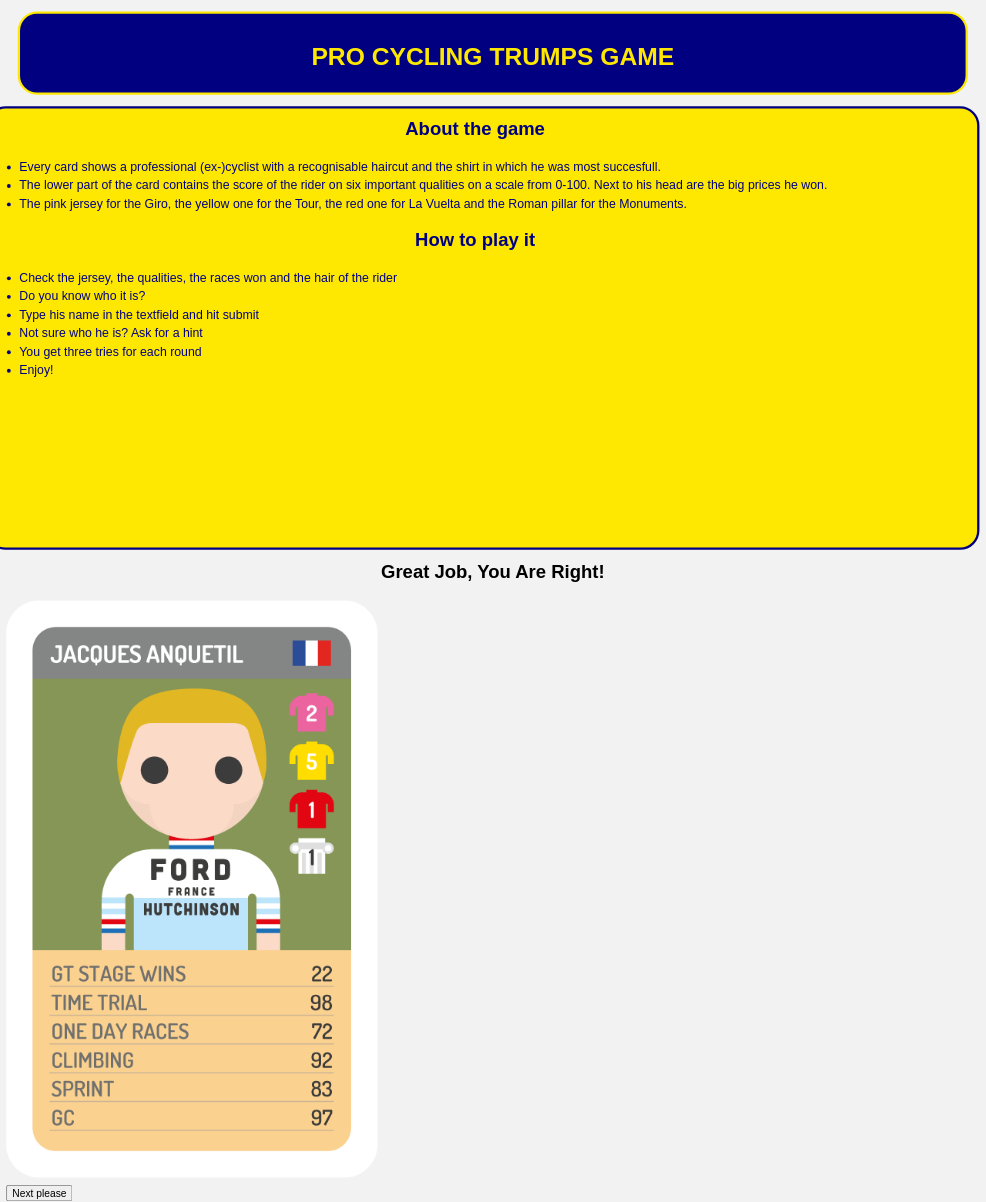
Repository: PeterLenting/topography-game
Page: mock-up.html
The author's editor kept a record of every edit. The page is drawn from the files as they stood at one moment, then again after the next edit.
The browser window is 1280 px wide. The pictures show the whole page, at 77% of full size.

Above is the page before.
Console error: TypeError: $(...).flip is not a function

### mock-up.html
<!DOCTYPE html>
<html lang="en">
<head>
    <meta charset="UTF-8">
    <meta name="viewport" content="width=device-width, initial-scale=1.0">
    <meta http-equiv="X-UA-Compatible" content="ie=edge">
    <meta name="discription" content="Pro Cycling Trumps Game is a game for everyone who knows their Pro Cyclists.">
    <meta name="keywords" content="Pro Cycling Trumps, cycling, game, fun">
    <meta name="author" content="Peter Lenting">
    <link rel="shortcut icon" type="image/png" href="images/favicon.png">
    <title>Pro Cycling Trumps Game - Almost As Fun As Riding Your Bike</title>
    <link rel="stylesheet" href="css/style.css" type="text/css">
    </head>
<body>
    <header>
        <div class="container">
        <h1>Pro Cycling Trumps Game</h1>
        </div>
    </header>
    <aside id="sidebar">
         <h2>About the game</h2>
           <ul>
               <li>Every card shows a professional (ex-)cyclist with a recognisable haircut and the shirt in which he was most succesfull.</li>
               <li>The lower part of the card contains the score of the rider on six important qualities on a scale from 0-100. Next to his head are the big prices he won.</li>
               <li>The pink jersey for the Giro, the yellow one for the Tour, the red one for La Vuelta and the Roman pillar for the Monuments.</li>
           </ul>
           <h2>How to play it</h2>
           <ul>
                <li>Check the jersey, the qualities, the races won and the hair of the rider</li>
                <li>Do you know who it is?</li>
                <li>Type his name in the textfield and hit submit</li>
                <li>Not sure who he is? Ask for a hint</li>
                <li>You get three tries for each round</li>
                <li>Enjoy!</li>
           </ul>
    </aside>
    <section id="card">
            <div id="banner-load" class="container">
                <h2>Great Job, You Are Right!</h2>
                <img src="images/Anquetil.png" alt="Who is this cyclist?"><br />
                <button type="submit" class="button_2">Next please</button>
            </div>
    </section>

    <footer></footer>
    <script src="https://code.jquery.com/jquery-3.3.1.slim.min.js" integrity="sha384-q8i/X+965DzO0rT7abK41JStQIAqVgRVzpbzo5smXKp4YfRvH+8abtTE1Pi6jizo" crossorigin="anonymous"></script>
    <script src="https://cdnjs.cloudflare.com/ajax/libs/popper.js/1.14.7/umd/popper.min.js" integrity="sha384-UO2eT0CpHqdSJQ6hJty5KVphtPhzWj9WO1clHTMGa3JDZwrnQq4sF86dIHNDz0W1" crossorigin="anonymous"></script>
    <script src="https://stackpath.bootstrapcdn.com/bootstrap/4.3.1/js/bootstrap.min.js" integrity="sha384-JjSmVgyd0p3pXB1rRibZUAYoIIy6OrQ6VrjIEaFf/nJGzIxFDsf4x0xIM+B07jRM" crossorigin="anonymous"></script>
    <script type="text/javascript" src="javascript/game.js"></script>
</body>
</html>

### css/style.css
html {
    height: 100%;
}

body{
    font-family: Arial, Helvetica, sans-serif;
    line-height: 1.5;
    padding: 0;
    background: #f2f2f2;
}

header{
    background: #000080;
    color: #FEE801;
    text-align: center;
    min-height: 60px;
    text-transform: uppercase;
    padding-top: 10px;
    padding-bottom: 1px;
    border-radius: 25px;
    margin: 15px;
    border: 3px solid #FEE801;
}

h1 {
    font-size: 2.0rem;
}

h2 {
    margin-top: 8px;
    text-align: center;
}

.container-fluid {
    margin-bottom: 10px;
    text-align: center;
}

.main-col {
    background: #FEE801;
    color: #000080;
    border: 3px solid #000080;
    border-radius: 25px;
    margin-bottom: 10px;
    padding-bottom: 5px;
    height: 100%;
}

#main {
    width: 100%;
    }

/*IMAGES*/
/*Put some margin underneath the image*/
.flip-card {
    margin-bottom: 10px;
    }

/*Sets the standard width of the image shown*/
section#main .container-fluid img{
    width: 250px;
    border-radius: 25px;
}

/*When an answer is wrong, blur the image to show the user something is 'wrong'*/
.blur {
    -webkit-filter: blur(5px);
    filter: blur(5px);
  }

/*Styling the field in which the player types in the answer*/
#textField {
    padding: 4px;
    height: 30px;
    border-radius: 25px;
    font-weight: bold;
}

/*Styling the comment on the answer of the player*/
#comment {
    font-size: 1.5rem;
    text-shadow: 1px 1px 6px #fff;
}

/*SIDEBAR*/
/*The sidebar has the same yellow colour als the main-col and the same darkblue text.
This ensures the feeling of everything fitting together.*/
aside{
    background: #FEE801;
    color: #000080;
    border: 3px solid #000080;
    border-radius: 25px;
    margin-bottom: 10px;
    height: 100%;
    }

/*Aligns the text in the unorderd list in the aside to the left to make it look clean.*/
aside ul {
    text-align: left;
}

/*SCORBOARD*/

/*Styling the way the scoreboard is shown during the game.
It looks a bit like an actuel scoreboard, which is applicable since it is a game with sports as a subject.*/
#scoreboardSp {
    float: left;
}

.scoreboardClass {
    color: #FD5F00;
    text-align: center;
    width: 60px;
    font-family: "Courier New";
    font-weight: bold;
    border-radius: 25px;
    box-shadow: 3px 3px black;
}

/*Styling the way the final score is shown on the endscreen.
It looks a bit like an actuel scoreboard, which is applicable since it is a game with sports as a subject.*/
#yourScore {
    float: right;
    vertical-align: middle;
    height: 200px;
    line-height: 180px;
    font-size: 1.7rem;
}

.endScoreClass {
    color: #FD5F00;
    text-align: center;
    width: 125px;
    height: 125px;
    font-size: 6rem;
    font-family: "Courier New";
    font-weight: bold;
    border-radius: 25px;
    box-shadow: 3px 3px black;
}

/*Styling the comment on the final score on the endscreen.
It looks a bit playfull, as it should in a game.*/
#scoreComment {
    font-family: 'Permanent Marker', cursive;
    font-size: 3rem;
    color: #FD5F00;
    text-shadow: -1px 0 black, 0 1px black, 1px 0 black, 0 -1px black;
}

/*ROUNDCOUNTER*/
/*Styling the counter of the rounds during the game.
It looks a bit like an actuel scoreboard, which is applicable since it is a game with sports as a subject.*/
#count {
    float: right;
}

#round {
    color: #FD5F00;
    text-align: center;
    width: 60px;
    font-family: "Courier New";
    font-weight: bold;
    border-radius: 25px;
    box-shadow: 3px 3px black;
}

/*BUTTONS*/

/*All button are styled using this class. The yellow and blue colours make them fit right in.*/
.button_1 {
    height: 30px;
    border: 0;
    padding-left: 10px;
    padding-right: 10px;
    margin-top: 5px;
    margin-bottom: 5px;
    background: #000080;
    color: #FEE801;
    border-radius: 25px;
    font-weight: bold;
    box-shadow: 3px 3px black;
}

/*Styling the button that makes it possible to ask for a hint.
The orange color fits well in and makes the buttons stand out from the other buttons.*/
#buttonHint {
    color: #FEE801;
    background: #FD5F00;
    margin-left: 10px;
    margin-right: 10px;
}

/*Styling the button that makes the player continue in the game*/
#buttonSubmit {
    margin-left: 8px;
}

/*Styling the button to restart the game*/
#buttonReset {
    margin-top: 20px;
    width: 300px;
}

/*Used to hide the buttuns that are not needed at that point*/
.hidden {
    display: none!important;
}

/*FOOTER*/

/*Styling the footer, again using the darkblue and yellow to make everything fit in.*/
#social {
    background: #000080;
    color: #FEE801;
    text-align: center;
    padding-top: 10px;
    padding-bottom: 10px;
    border-radius: 25px;
    margin-top: 10px;
    clear:both;
    margin: 15px;
    border: 3px solid #FEE801;
}

/*Styling the links and symbols in the footer*/
.sociallinks a{
    color: #FEE801;
    padding-left: 25px;
    padding-right: 25px;
}

/*MEDIA QUERIES*/

/*Puts aside on the right side of bigger screens, instead of below like on smaller screens. This makes everything visible in one screen.*/
 @media(min-width: 992px){
aside {
    float: right;
    width: 100%;
    padding-right: 20px;
    min-height: 570px;
    }
}

/*Keeps the main-col on the left on bigger screens*/
 @media(min-width: 992px){
.main-col {
    float: left;
    width: 100%;
    }
}

/*Prevents the button that links to the explanation of the game from showing on bigger screens,
because the explanation is next to the gamescreen on bigger screens.*/
@media(min-width: 992px){
#buttonHowToPlayTheGame {
    display: none;
}}

/*Prevents the button that links to the top of the game from showing on bigger screens,
because the explanation is next to the gamescreen on bigger screens.*/
@media(min-width: 992px){
    #buttonGoBackUp {
        display: none;
    }
}

/*Shows a bigger image on bigger screens, which fits the screen better.*/
@media(min-width: 992px){
section#main .container-fluid img {
    width: 300px;
    }
}

/*Shows a even bigger image on even bigger screens, which fits the screen better.*/
@media(min-width: 1200px){
section#main .container-fluid img {
    width: 330px;
    }
}

/*Shows a bigger 'Who is this Cyclist?' on bigger screens, which fits the screen better.*/
@media(min-width: 1200px){
#headerQuestion {
    font-size: 2.5rem;
    }
}

/*Shows bigger buttons on bigger screens, which fits the screen better.*/
@media(min-width: 1200px){
.button_1 {
    font-size: 1.2rem;
    height: 40px;
    padding-left: 20px;
    padding-right: 20px;
    }
}

/*Makes the text in the header (Pro Cycling Trumps Game) bigger on bigger screens, which fits the screen better.*/
@media(min-width: 992px){
.h1 {
    font-size: 3rem;
    }
}

/*Gives some more margin around the image on bigger screens, which fits the screen better.*/
@media(min-width: 992px){
.flip-card {
    margin-bottom: 25px;
    margin-top: 15px;
    }
}

@media(min-width: 992px){
#textField {
    margin-bottom: 10px;
    height: 40px;
    font-size: 1.2rem;
    }
}

/*Prevents the gamescreen from becoming too wide, because this looks better and is more pleasent to handle for the user.*/
 @media(min-width: 1600px){
body {
    margin-left: 200px;
    margin-right: 200px;
    }
}

### javascript/game.js
/*
- Counting the rounds.
- Every time the user clicks #buttonNext myRound() is executed and '1' is added to #round.
*/
var roundnr = $("#round");

function myRound() {
    roundnr.val( parseInt(roundnr.val()) +1 );
    roundnrVal += 1;
    }

/*
- If roundnr becomes bigger than 'numberOfRounds' (10 rounds are played) the game is over.
- 'roundnrVal' starts at 2, because the counting of the round starts after the first image is shown.
- As long as 'roundnrVal' is smaller than 'numberOfRounds' continue with the game: displayImage().
*/
var numberOfRounds = 10;
var roundnrVal = 2;

function myRoundCounter() {
    $("#buttonNext").addClass("hidden");
    if (roundnrVal > numberOfRounds) {
        commentOnScore();
        $("#comment, #count, #headerQuestion, .flip-card-inner").addClass("hidden");
        $("#buttonReset").removeClass("hidden");
        $("#textField").val("");
        $("#scoreboard").addClass("endScoreClass").removeClass("scoreboardClass");
        $("#yourScore").removeClass("hidden");
        $("#scoreboardSp").css("color", "#FEE801");
        } else {
        $("#comment").addClass("hidden");
        $("#buttonHint, #buttonSubmit").removeClass("hidden");
        $("#textField").removeClass("hidden").val("");
        $("#newImage").removeClass("gotHint gotRightAnswer gotWrongAnswer");
        displayImage();
    }
}

/*
- Run through images-array and show random image out of 'images'.
- Already used images are not used again, so no user gets the same image twice in the same game.
*/
var images = ['images/cyclist-1-empty.png', 'images/cyclist-2-empty.png', 'images/cyclist-3-empty.png',
              'images/cyclist-4-empty.png', 'images/cyclist-5-empty.png', 'images/cyclist-6-empty.png',
              'images/cyclist-7-empty.png', 'images/cyclist-8-empty.png', 'images/cyclist-9-empty.png',
              'images/cyclist-10-empty.png', 'images/cyclist-11-empty.png', 'images/cyclist-12-empty.png',
              'images/cyclist-13-empty.png', 'images/cyclist-14-empty.png', 'images/cyclist-15-empty.png'];

var usedImages = [];
var usedImagesCount = 0;

function displayImage() {
    var num = Math.floor(Math.random() *15);
    if (!usedImages[num]) {
        document.getElementById("newImage").src = images[num];
        document.getElementById("newImageBack").src= images[num];
        usedImages[num] = true;
        usedImagesCount++;
        if (usedImagesCount === images.length) {
            usedImagesCount = 0;
            usedImages = [];
        }
    } else {
        displayImage();
    }
}

/*
- The Next-Button triggers myRoundCounter() and myRound().
- myRoundCounter() starts displayImage() as long as 'roundnrVal' is smaller than 'numberOfRounds'
*/
$("#buttonNext").click(function() {
    myRoundCounter();
    myRound();
});

/*-
- functionStartGame() starts the game and shows the first random image from the images-array
- Header is hidden on devices smaller than 700px.
*/
var headerScreenSize = window.matchMedia("(max-width: 700px)");

function functionStartGame(){
    displayImage();
    $("#buttonStart, #buttonHowToPlayTheGame").addClass("hidden");
    $("#buttonHint, #buttonSubmit, #textField, #scoreboardSp, #count, #round").removeClass("hidden");
    if (headerScreenSize.matches) {
    $("header").addClass("hidden");
    } else {
    }
}

/*
- The Start-Button triggers functionStartGame
*/
$("#buttonStart").click(function() {
    functionStartGame();
});

/*
- Flip() is used to make the main image flip.
- Flip() takes 600ms.
*/
$(function() {
    $(".flip-card-inner").flip({
        trigger: "manual", speed: 600
    });
});

/*
- functionGiveHint() flips the main image.
- The empty-image is replaced by the flag-image, which means the flag of the cyclists nation is show after flip().
- The class 'GotHint' is added to the image, to let the scoreboard know the user got a hint (that costs a point).
- The hint-button is hidden for the remainder of the round.
- setTimeout() is set to 200ms to make sure the new image isn't visible before flip() is done far enough.
*/
function functionGiveHint() {
    var nSrcHint = $("#newImage, #newImageBack").attr('src').replace("-empty.png", "-flag.png");
    $("#buttonHint").addClass("hidden");
    $("#newImage").addClass("gotHint");
    $(".flip-card-inner").flip('toggle');
        setTimeout(function () {
            $("#newImage, #newImageBack").attr('src', nSrcHint);
        }, 200);
}

/*
The Hint Button triggers functionGiveHint()
*/
$("#buttonHint").click(function() {
    functionGiveHint();
});

/*
- rightAnswer() flips the main image.
- The empty-image is replaced by the image with the name of the cyclist and the flag of his nation after flip().
- The flag-image is replaced by the image with the name of the cyclist and the flag of his nation after flip().
*/
function rightAnswer() {
    var nSrc = $("#newImage, #newImageBack").attr('src').replace("-empty", "").replace("-flag", "");
        $(".flip-card-inner").flip('toggle');
        setTimeout(function () {
            $("#newImage, #newImageBack").attr('src', nSrc);
        }, 200);
    }

/*
- myScore takes care of the scoreboard and the comments after each correct answer.
- "Yes, that's him" is shown after a correct answer.
- If the user recieved a hint and got a wrong answer, 1 point is added to te scoreboard.
- If the user either recieved a hint or got a wrong answer, 2 points are added to te scoreboard.
- If the user recieved no hint and didn't give a wrong answer, 3 points is added to te scoreboard.
*/
var score = $("#scoreboard");

function myScore() {
    $("#comment").removeClass("hidden").text("Yes, that's him!");
    if ($("#newImage").hasClass("gotHint") &&  $("#newImage").hasClass("gotWrongAnswer")) {
        score.val( parseInt(score.val()) + 1 );
    } else if ($("#newImage").hasClass("gotHint") || $("#newImage").hasClass("gotWrongAnswer")) {
        score.val( parseInt(score.val()) + 2 );
    } else {
        score.val( parseInt(score.val()) + 3 );
    }
}

/*
- runGame() checks the given answer against the right answer.
- All answer are turned to uppercase, to make sure the use of upper- or lowercase doesn't have any influence.
- If the answer is correct rightAnswer() and myScore() are executed.
- If the answer is wrong, the image is blurred and the user gets the option to try again or to give up.
- Trying again costs one point. Giving a wrong answer again will make the right answer appear. No point are given.
*/
function runGame() {
    $("#buttonNext").removeClass("hidden");
    $("#buttonHint, #buttonSubmit, #textField").addClass("hidden");
    var answer = $("#textField").val();
    var nSrc = $("#newImage, #newImageBack").attr('src').replace("-empty", "").replace("-flag", "");
    if ($("#newImage").attr('src').indexOf("-1-") > -1 && answer.toUpperCase() == "JACQUES ANQUETIL") {
        rightAnswer();
        myScore();
    } else if ($("#newImage").attr('src').indexOf("-2-") > -1 && answer.toUpperCase() == "LANCE ARMSTRONG") {
        rightAnswer();
        myScore();
    } else if ($("#newImage").attr('src').indexOf("-3-") > -1 && answer.toUpperCase() == "GINO BARTALI") {
        rightAnswer();
        myScore();
    } else if ($("#newImage").attr('src').indexOf("-4-") > -1 && answer.toUpperCase() == "FAUSTO COPPI") {
        rightAnswer();
        myScore();
    } else if ($("#newImage").attr('src').indexOf("-5-") > -1 && answer.toUpperCase() == "MIGUEL INDURAIN") {
        rightAnswer();
        myScore();
    } else if ($("#newImage").attr('src').indexOf("-6-") > -1 && answer.toUpperCase() == "BERNARD HINAULT") {
        rightAnswer();
        myScore();
    } else if ($("#newImage").attr('src').indexOf("-7-") > -1 && answer.toUpperCase() == "LOUISON BOBET") {
        rightAnswer();
        myScore();
    } else if ($("#newImage").attr('src').indexOf("-8-") > -1 && answer.toUpperCase() == "JOOP ZOETEMELK") {
        rightAnswer();
        myScore();
    } else if ($("#newImage").attr('src').indexOf("-9-") > -1 && answer.toUpperCase() == "EDDY MERCKX") {
        rightAnswer();
        myScore();
    } else if ($("#newImage").attr('src').indexOf("-10-") > -1 && answer.toUpperCase() == "SEAN KELLY") {
        rightAnswer();
        myScore();
    } else if ($("#newImage").attr('src').indexOf("-11-") > -1 && answer.toUpperCase() == "ALFREDO BINDA") {
        rightAnswer();
        myScore();
    } else if ($("#newImage").attr('src').indexOf("-12-") > -1 && answer.toUpperCase() == "RIK VAN STEENBERGEN") {
        rightAnswer();
        myScore();
    } else if ($("#newImage").attr('src').indexOf("-13-") > -1 && answer.toUpperCase() == "OSCAR FREIRE") {
        rightAnswer();
        myScore();
    } else if ($("#newImage").attr('src').indexOf("-14-") > -1 && answer.toUpperCase() == "LAURENT JALABERT") {
        rightAnswer();
        myScore();
    } else if ($("#newImage").attr('src').indexOf("-15-") > -1 && answer.toUpperCase() == "MARCO PANTANI") {
        rightAnswer();
        myScore();
    } else {
        $("#newImage").addClass('blur');
        $("#newImageBack").addClass('blur');
        if ($("#newImage").hasClass("gotWrongAnswer")){
            $("#newImage, #newImageBack").attr('src', nSrc);
            $("#buttonNext").removeClass("hidden");
            $("#comment").removeClass("hidden").text("Sorry, no score");
            $("#newImage, #newImageBack").removeClass('blur');
            } else {
            $("#comment").removeClass("hidden").text("Nope, that's not him");
            $("#buttonTryAgain, #buttonGiveUp").removeClass("hidden");
            $("#buttonNext").addClass("hidden");
            $("#newImage").addClass("gotWrongAnswer");
        }
    }
}

/*
The Submit Button triggers runGame().
*/
$("#buttonSubmit").click(function() {
    runGame();
});

/*
When the player is in the textfield, hitting 'Enter' on the key board will call runGame()
*/
$("#textField").keypress(function(event) {
    if (event.which == 13) {
       runGame();
    }
  });

/*
- If after a wrong answer the user wants another try:
- The 'blur'-class is removed.
*/
$("#buttonTryAgain").click(function() {
    $("#newImage, #newImageBack").removeClass('blur');
    $("#comment, #buttonTryAgain, #buttonGiveUp").addClass("hidden");
    $("#buttonSubmit, #textField").removeClass("hidden");
    if ($("#newImage").attr('src').endsWith("empty.png")) {
        $("#buttonHint").removeClass("hidden");
    } else if ($("#newImage").attr('src').endsWith("flag.png")) {
        $("#buttonHint").addClass("hidden");
    }
});

/*
- If after a wrong answer the user gives up:
- rightAnswer() is run.
- The "Sorry, no score"-message shows.
*/
$("#buttonGiveUp").click(function() {
    rightAnswer();
    $("#newImage, #newImageBack").removeClass('blur');
    $("#comment").removeClass("hidden").text("Sorry, no score");
    $("#buttonTryAgain, #buttonGiveUp").addClass("hidden");
    $("#buttonNext").removeClass("hidden");
});

/*
- commentOnScore() takes care of the comments on the score the user reached at the end of the game. The number of points scored, decide which message.
*/
function commentOnScore() {
    $("#scoreComment").removeClass("hidden");
    if (score.val() < 10) {
        $("#scoreComment").text("Maybe you should try again?");
    } else if (score.val() < 15) {
        $("#scoreComment").text("Not too bad!");
    } else if (score.val() < 20) {
        $("#scoreComment").text("You're getting there!");
    } else if (score.val() < 25) {
        $("#scoreComment").text("Nice job!");
    } else if (score.val() < 29) {
        $("#scoreComment").text("Wow, that's impressive!");
    } else if (score.val() == 30) {
        $("#scoreComment").text("You're a true champion!");
    } else {
        $("#scoreComment").text("Something went wrong...");
    }
}

/*
Reset the game after finishing it by clicking the Play Again-button.
*/
$(function(){

    $("#buttonReset").click(function() {
        window.location.reload();
    });});

/*
For Mobile only: Jump down the page for an explanation of the rules and back up again to start the game.
*/
function explainGame() {
    window.location.href = '#sidebar';
  }

$("#buttonHowToPlayTheGame").click(function() {
    explainGame();
});

function goBackUp() {
    window.location.href = '#headerQuestion';
  }

$("#buttonGoBackUp").click(function() {
    goBackUp();
});

After the next edit:
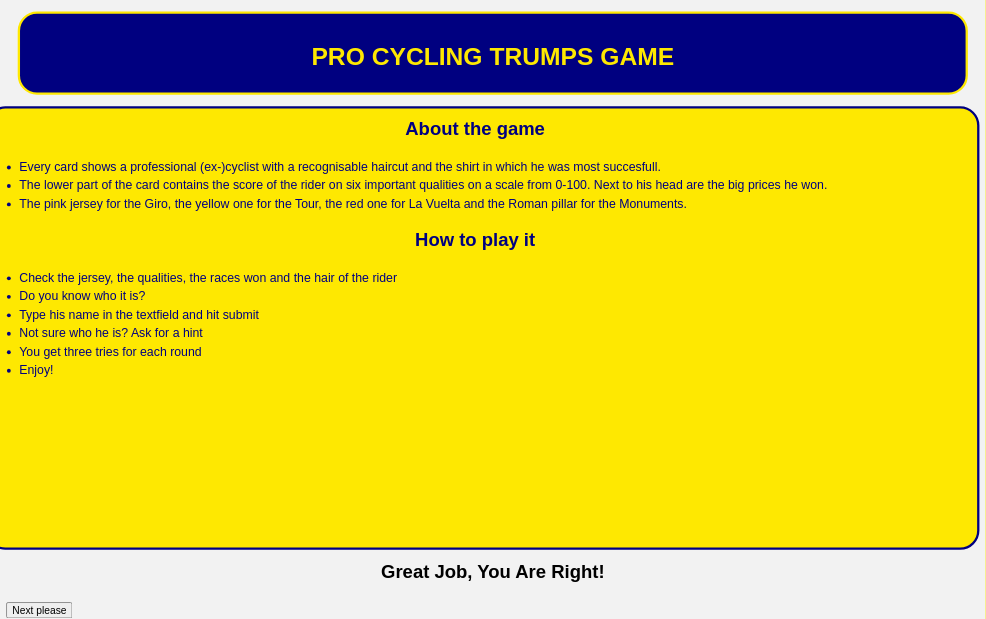
The edit:
--- a/mock-up.html
+++ b/mock-up.html
@@ -37,7 +37,7 @@
     <section id="card">
             <div id="banner-load" class="container">
                 <h2>Great Job, You Are Right!</h2>
-                <img src="images/Anquetil.png" alt="Who is this cyclist?"><br />
+
                 <button type="submit" class="button_2">Next please</button>
             </div>
     </section>
